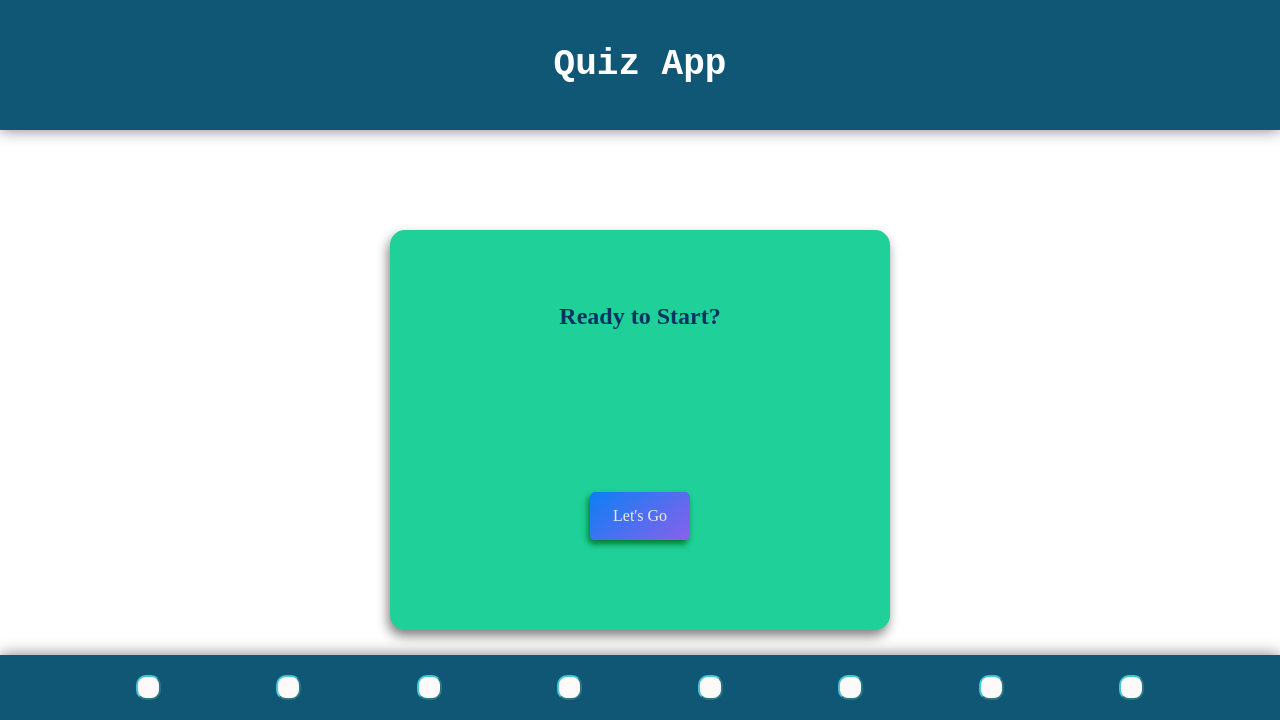
Repository: tpic12/quiz_app
Page: index.html
These files come from the project's save history. The page is drawn as it stood at one moment and after the next save; the edit follows.
The browser window is 1280 px wide. The pictures show the whole page.

Above is the page before, as saved 2019-12-14 05:03:16.

### index.html
<!DOCTYPE html>
<html lang="en">

<head>
  <meta charset="UTF-8">
  <meta name="viewport" content="width=device-width, initial-scale=1.0">
  <meta http-equiv="X-UA-Compatible" content="ie=edge">
  <title>Quiz App</title>
  <link href="https://cdnjs.cloudflare.com/ajax/libs/normalize/8.0.1/normalize.min.css" rel="stylesheet"
    type="text/css" />
  <link href="app.css" rel="stylesheet" type="text/css" />
</head>

<body>
  <header>
    <section class='banner'>
      <h1>Quiz App</h1>
    </section>
  </header>
  <main class='display'>

  </main>
  <footer>
    <section class='counts'>
        <div class='count 0'></div>
        <div class='count 1'></div>
        <div class='count 2'></div>
        <div class='count 3'></div>
        <div class='count 4'></div>
        <div class='count 5'></div>
        <div class='count 6'></div>
        <div class='count 7'></div>
    </section>
  </footer>
  <script src="https://code.jquery.com/jquery-3.4.1.slim.js" crossorigin="anonymous"></script>
  <script src="app.js"></script>
</body>

</html>

### app.css
/* Your styles should be mobile-first and responsive */

/**
  * If you are unclear on how to utilize a mobile-first, responsive technique to write your CSS, here is an example:
  *
  * https://github.com/andreacardybailey/responsive_example/blob/master/styles/responsive-base.css
  *
*/
* {
  box-sizing: border-box;
  margin: 0;
}

.banner h1 {
  font-family: monospace;
  font-size: 36px;
}

.banner,
footer {
  color: white;
  font-family: monospace;
  padding: 20px;
  width: 100%;
  text-align: center;
  background-color: hsl(198, 76%, 26%);
  box-shadow: 0px 0px 15px grey;
  border-bottom: none;
  left: 0;
}

.main_card {
  display: flex;
  flex-flow: column wrap;
  margin: auto;
  margin-top: 100px;
  max-width: 500px;
  min-width: 200px;
  min-height: 400px;
  text-align: center;
  justify-content: space-evenly;
  align-content: space-around;
  background-color: hsl(161, 74%, 47%);
  border-radius: 15px;
  padding: 20px;
  border: none;
  box-shadow: -2px 6px 12px grey;
}

button {
  margin: 30%;
  margin-bottom: 10%;
  color: hsl(0, 7%, 92%);
  background: linear-gradient(140deg, hsl(210, 91%, 50%), hsl(258, 78%, 65%));
  border: none;
  max-width: 130px;
  min-width: 100px;
  border-radius: 5px;
  padding: 15px;
  box-shadow: -2px 4px 6px hsl(142, 98%, 24%);
}

.mid-card {
  display: flex;
  flex-flow: column wrap;
  margin: auto;
  margin-top: 100px;
  max-width: 400px;
  min-width: 200px;
  text-align: center;
  align-content: center;
  background-color: hsl(161, 74%, 47%);
  border-radius: 15px;
  padding: 20px;
  border: none;
  box-shadow: -2px 6px 12px grey;
}

.main_card h2 {
  margin-top: 30px;
  font-weight: bolder;
  color: hsl(210, 90%, 20%);
}

.show {
  display: none !important;
}

input {
  margin: 20px 15px 20px 65px;
}

footer {
  position: fixed;
  bottom: 0;
  left: 0;
}

.counts {
  display: flex;
  justify-content: space-evenly;
}

.count {
  border: 2px outset hsl(186, 63%, 55%);
  border-radius: 40%;
  flex-direction: row;
  width: 25px;
  height: 25px;
  background-color: hsl(0, 100%, 99%);
}

h1 {
  font-family: sans-serif;
}

.green {
  background-color: green !important;
}

.red {
  background-color: red !important;
}

#snackbar {
  visibility: hidden;
  min-width: 350px;
  margin-left: -125px;
  background-color: #333;
  color: #fff;
  text-align: center;
  border-radius: 2px;
  padding: 16px;
  position: fixed;
  z-index: 1;
  left: 50%;
  bottom: -130px;
}

#snackbar.show {
  visibility: visible;
  /-webkit-animation: fadein 0.5s, fadeout 0.5s 2.5s;
  animation: fadein 0.5s, fadeout 0.5s 2.5s;
}

@-webkit-keyframes fadein {
  from {
    bottom: 0;
    opacity: 0;
  }
  to {
    bottom: 30px;
    opacity: 1;
  }
}

@keyframes fadein {
  from {
    bottom: 0;
    opacity: 0;
  }
  to {
    bottom: 30px;
    opacity: 1;
  }
}

@-webkit-keyframes fadeout {
  from {
    bottom: 30px;
    opacity: 1;
  }
  to {
    bottom: 0;
    opacity: 0;
  }
}

@keyframes fadeout {
  from {
    bottom: 30px;
    opacity: 1;
  }
  to {
    bottom: 0;
    opacity: 0;
  }
}

### app.js
/**
 * Example store structure
 */
'use strict';

const STORE = {
  // 5 or more questions are required
  questions: [
    {
      question: 'How many items in a bakers dozen??',
      answers: ['11', '12', '13', '3'],
      correctAnswer: '13'
    },
    {
      question: 'What month is Oktoberfest held?',
      answers: ['September', 'October', 'Every Month', 'August'],
      correctAnswer: 'September'
    },
    {
      question: 'What color is an Orange Blossom?',
      answers: ['Red', 'Orange', 'Pink', 'White'],
      correctAnswer: 'White'
    },
    {
      question: 'Where did the Panama Hat originate?',
      answers: ['Ecuador', 'Panama', 'China', 'Cuba'],
      correctAnswer: 'Ecuador'
    },
    {
      question: 'What are toy marbles made from?',
      answers: ['Plastic', 'Quartz', 'Diamond', 'Glass'],
      correctAnswer: 'Glass'
    },
    {
      question: 'How many gallons are in a ten-gallon hat?',
      answers: [
        'Half a Gallon',
        'Ten-Gallons',
        'Three-Fourths of a Gallon',
        'Give-Gallon'
      ],
      correctAnswer: 'Three-Fourths of a Gallon'
    },
    {
      question: 'What is the biggest animal to ever live?',
      answers: ['Mammoth', 'T-Rex', 'Blue Whale', 'Brontosaurus'],
      correctAnswer: 'Blue Whale'
    },
    {
      question: 'Where is the red-bellied woodpecker predominately red?',
      answers: ['Head', 'Wings', 'Feet', 'Belly'],
      correctAnswer: 'Head'
    }
  ],
  questionNumber: 0,
  score: 0,
  quizStart: false
};

/**
 *
 * Your app should include a render() function, that regenerates
 * the view each time the store is updated. See your course
 * material, consult your instructor, and reference the slides
 * for more details.
 *
 * NO additional HTML elements should be added to the index.html file.
 *
 * You may add attributes (classes, ids, etc) to the existing HTML elements, or link stylesheets or additional scripts if necessary
 *
 */

/**
 * This function renders the quiz after you start, ...
 * answer a question, or restart the quiz
 */
function renderStartQuiz() {
  const mainCard = `<section class="main_card">
      <h2>Ready to Start?</h2>
      <button type='submit' id='start_quiz'>Let's Go</button>
    </section>`;

  $('.display').html(mainCard);

  $('.display').on('click', '#start_quiz', function(event) {
    event.preventDefault();
    STORE.quizStart = true;
    $('.main_card')
      .children()
      .remove();
    handleQuiz();
  });
}
/**
 * renders question one at a time depending on question number
 */
function renderQuestion() {
  if (
    STORE.questionNumber === STORE.questions.length &&
    STORE.questionNumber > 1
  ) {
    renderResults();
  } else {
    const qCard = `<h2>${STORE.questions[STORE.questionNumber].question}</h2>
    <form id="qForm">
        <input type='radio' name='answer' id='q1' value="${
          STORE.questions[STORE.questionNumber].answers[0]
        }"/><label for='q1' id='0'>${
      STORE.questions[STORE.questionNumber].answers[0]
    }</label>
        <input type='radio' name='answer' id='q2' value="${
          STORE.questions[STORE.questionNumber].answers[1]
        }"/><label for='q2' id='1'>${
      STORE.questions[STORE.questionNumber].answers[1]
    }</label><br>
        <input type='radio' name='answer' id='q3' value="${
          STORE.questions[STORE.questionNumber].answers[2]
        }"/><label for='q3' id='2'>${
      STORE.questions[STORE.questionNumber].answers[2]
    }</label>
        <input type='radio' name='answer' id='q4' value="${
          STORE.questions[STORE.questionNumber].answers[3]
        }"/><label for='q4' id='3'>${
      STORE.questions[STORE.questionNumber].answers[3]
    }</label><br>
    </form>
    <button type='submit' id='submit_answer'>Final Answer</button>`;

    $('.main_card').html(qCard);
    $('input:checked').on('su');
    $('.main_card').on('click', '#submit_answer', function(event) {
      event.preventDefault();
      checkAnswer();
      //original next question spot

      $('.main_card')
        .children()
        .remove();

      handleQuiz();
    });
  }
}
/**
 * renders results page

 */

function generateResults(finalScore, numberOfQuestions) {
  return `<h2>You scored ${finalScore} out of ${numberOfQuestions}!</h2><button id='restart'>Restart Quiz</button>`;
}

/* Render results element with button that restarts the quiz*/
function renderResults() {
  let score = STORE.score;
  let num = STORE.questionNumber;

  $('.main_card').html(generateResults(score, num));
  $('#restart').click(function(event) {
    event.preventDefault();
    console.log('Restarting Quiz');
    STORE.questionNumber = 0;
    STORE.score = 0;

    renderQuestion();
  });
}

/**
 * this function checks the correctnes of the answer
 */
function checkAnswer() {
  let form = document.getElementById('qForm');
  let ans = form['answer'];
  for (let i = 0; i < ans.length; i++) {
    //is a button checked
    if (ans[i].checked) {
      //compare value of ans[i] to correct answer
      if (
        ans[i].value === STORE.questions[STORE.questionNumber].correctAnswer
      ) {
        scoreKeeper(true);
      } else {
        scoreKeeper(false);
      }
    }
  }
}

function generateAnswerSnackbar(questionAnswer) {
  return `<div class=.${STORE.questionNumber}>
              <span>Sorry, the correct answer is ${questionAnswer}</span>
          </div>`;
}

function scoreKeeper(bool) {
  if (bool === true) {
    console.log('plus 1 point');
    STORE.score++;
    $(`.${STORE.questionNumber}`)
      .addClass('green')
      .addClass('snackbar')
      .html(`<span>Correct!</span>`);
    $('section.main_card');
    console.log('next q!');
    STORE.questionNumber++;
  }
  if (bool === false) {
    console.log('no points for you');
    $(`.${STORE.questionNumber}`)
      .addClass('red')
      .addClass('snackbar')
      .html(
        generateAnswerSnackbar(
          STORE.questions[STORE.questionNumber].correctAnswer
        )
      );
    console.log('next q!');
    STORE.questionNumber++;
  }
}

function handleQuiz() {
  if (STORE.quizStart === false) {
    renderStartQuiz();
  } else {
    renderQuestion();
    handleScore();
    //renderResults();
    restartQuiz();
  }
}

$(handleQuiz);

After the next save:
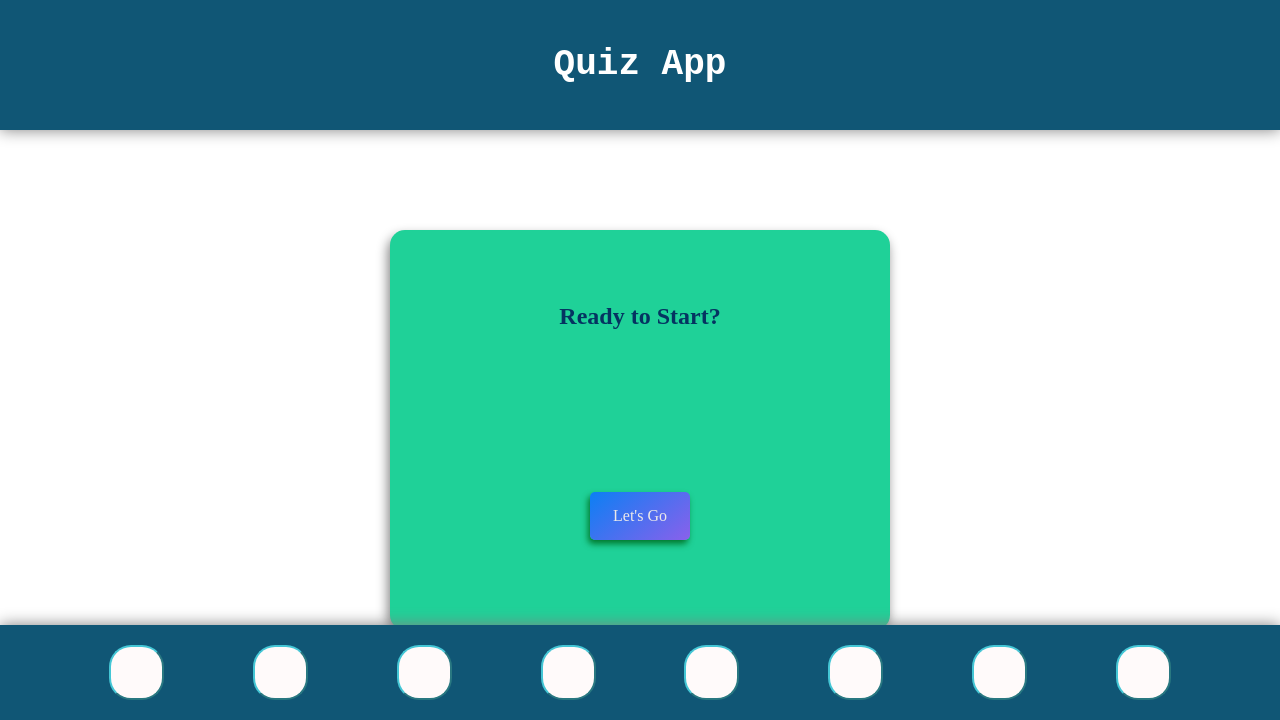
Saved 78 s later.
--- a/app.css
+++ b/app.css
@@ -105,8 +105,8 @@ footer {
   border: 2px outset hsl(186, 63%, 55%);
   border-radius: 40%;
   flex-direction: row;
-  width: 25px;
-  height: 25px;
+  width: 55px;
+  height: 55px;
   background-color: hsl(0, 100%, 99%);
 }
 
